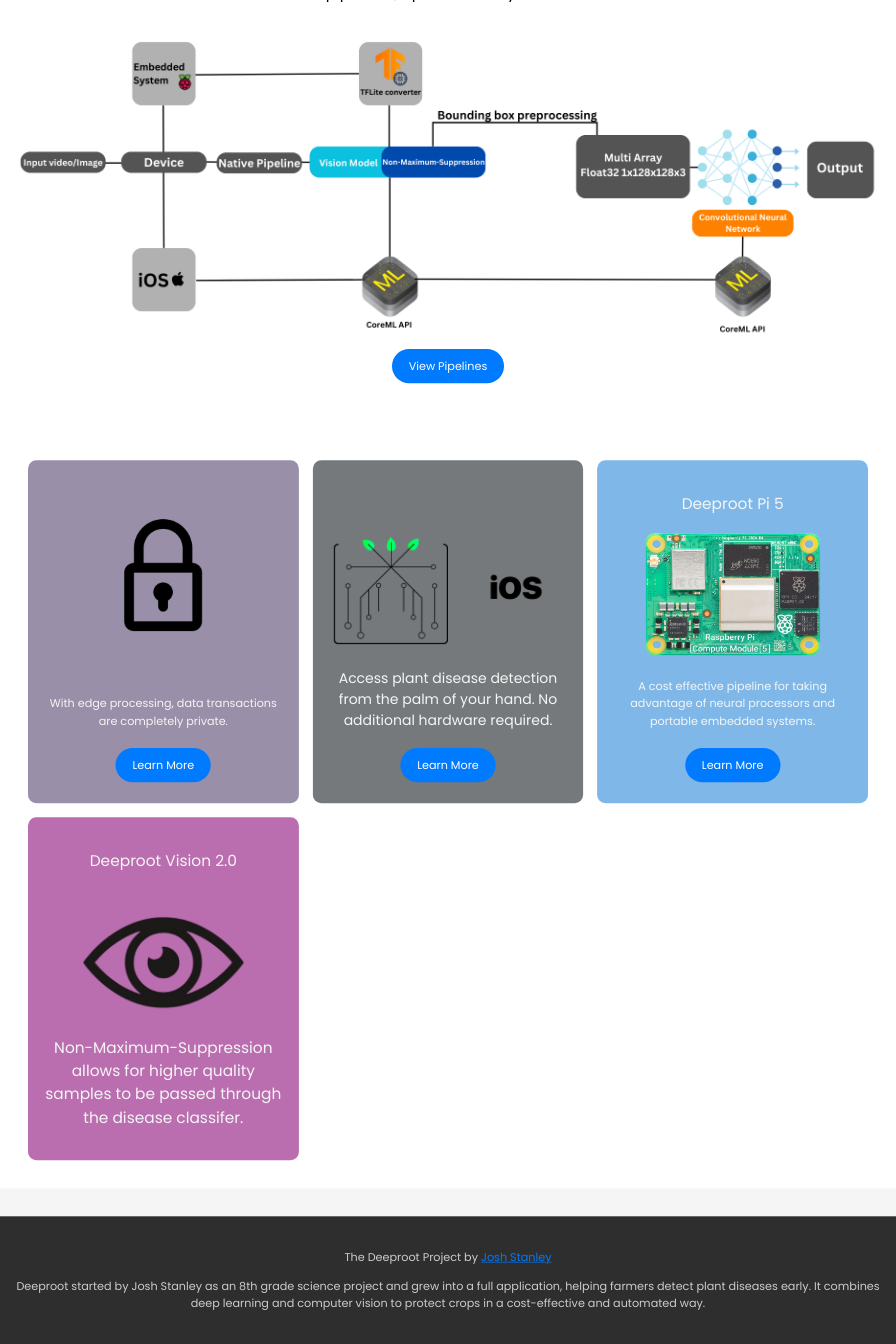
Repository: jss1118/The-Deeproot-Project
Page: Website/index.html
An editor plug-in stored every save of this project. The page is shown before and after the next save, followed by the edit.
The browser window is 1280 px wide. The pictures show the part of the page from y = 1292 to 3212 px (the page is 3212 px tall), at 70% of full size.

Above is the page before, as saved 2025-03-22 06:30:48.

After the next save:
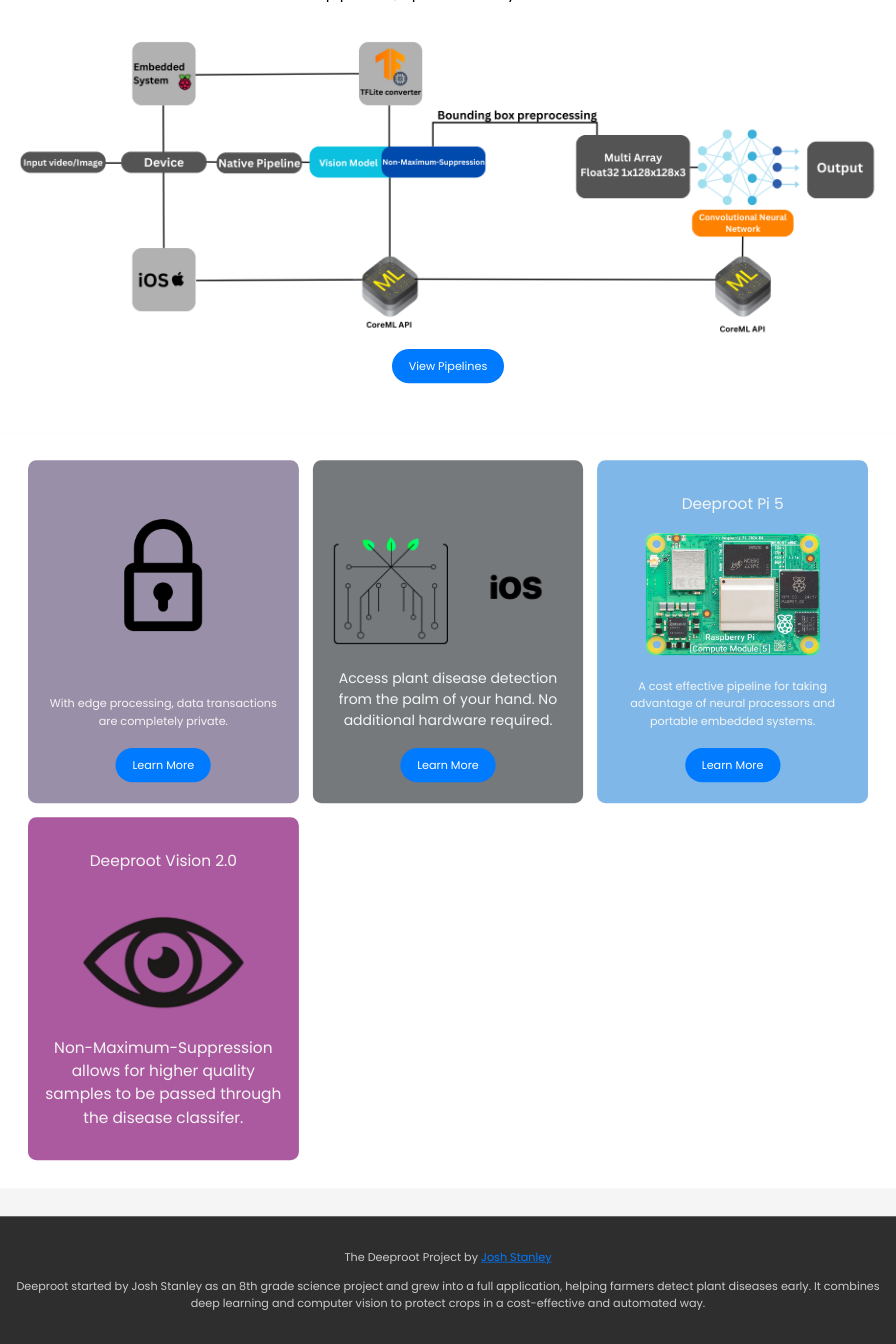
Saved 5 s later.
--- a/Website/index.html
+++ b/Website/index.html
@@ -155,7 +155,7 @@
       position: relative;
     }
     .promo4 {
-      background-color: #ba6eb0;
+      background-color: #ab5aa0;
       color: #f5f5f5;
       background-size: cover;
       background-position: center;
